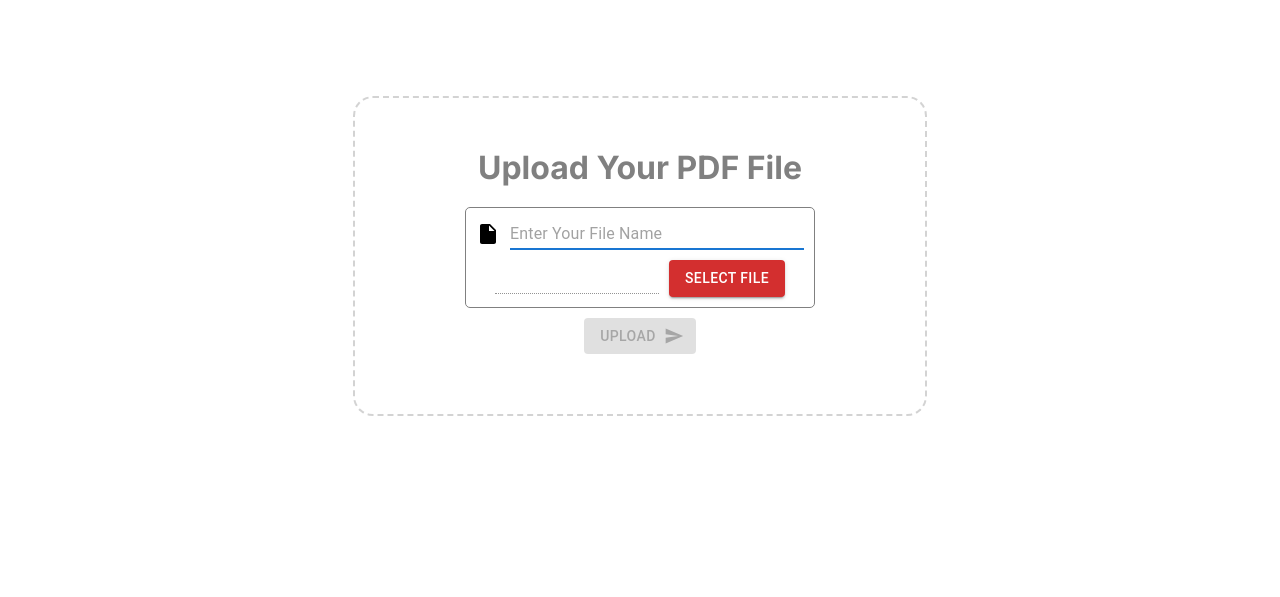
Repository: BhushanPatil-121/pdf-upload-nextjs
Page: /
The author's editor kept a copy of each file at every save. The page is drawn from the files as they stood at one save, then again after the next save.
The browser window is 1280 px wide. The pictures show the whole page.
The project was rebuilt for these pictures with package versions that can differ from the ones it lists, and the page was loaded fresh each time. The framework's server and built-in components were replaced by stand-ins that run in the browser. Also part of the build but not shown: next.config.mjs.

Above is the page before, as saved 2024-02-29 11:09:43.

After the next save:
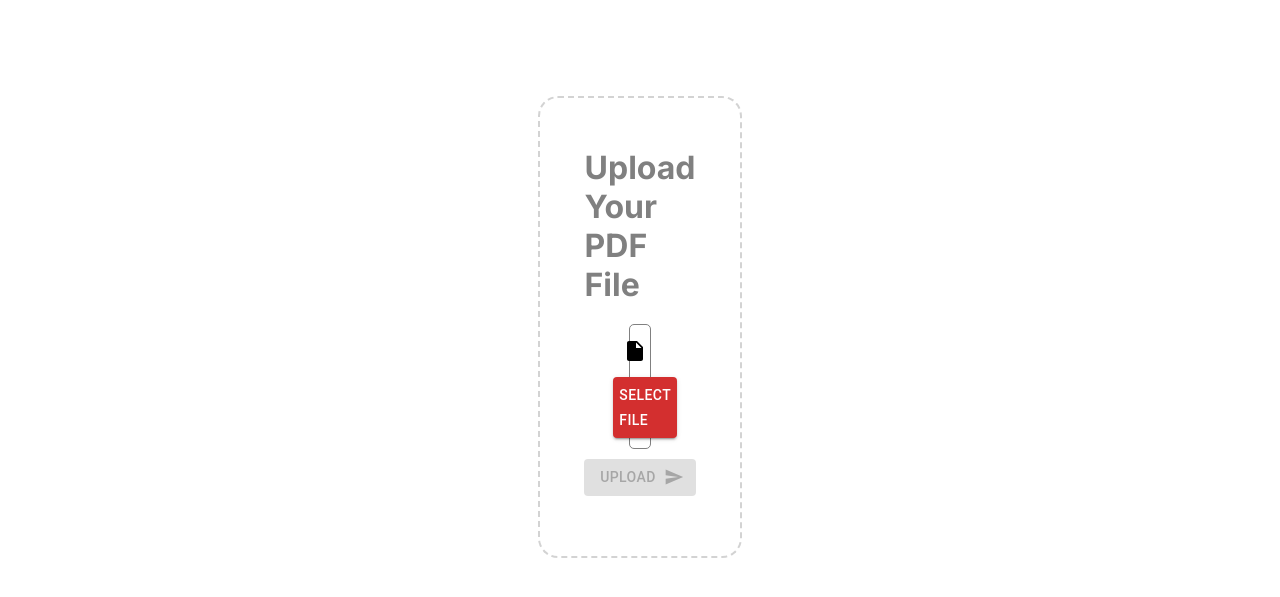
Saved 5 s later.
--- a/src/app/page.module.css
+++ b/src/app/page.module.css
@@ -9,7 +9,7 @@
 }
 
 .mainContainer {
-  width: rem;
+  width: 5em;
   display: flex;
   flex-direction: column;
   justify-content: center;
